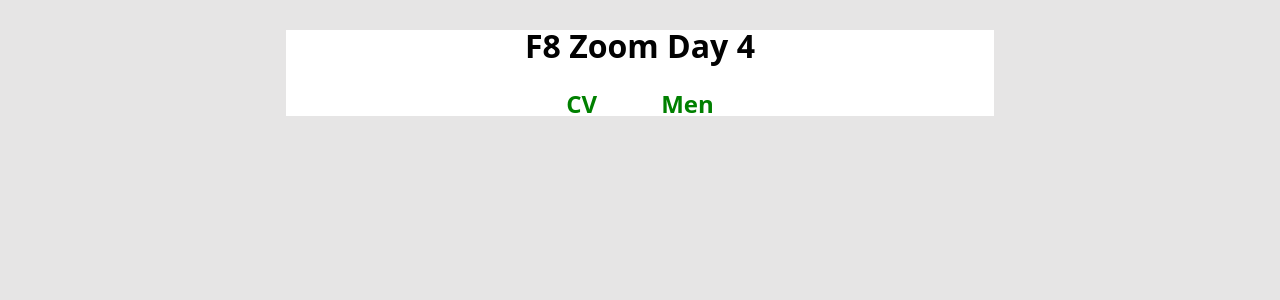
Repository: lannguyen1301/f8-zoom-day-4
Page: index.html
An editor plug-in stored every save of this project. The page is shown before and after a run of saves, followed by the edit.
The browser window is 1280 px wide. The pictures show the whole page.

Above is the page before, as saved 2025-04-17 22:22:41.

After the next 2 saves:
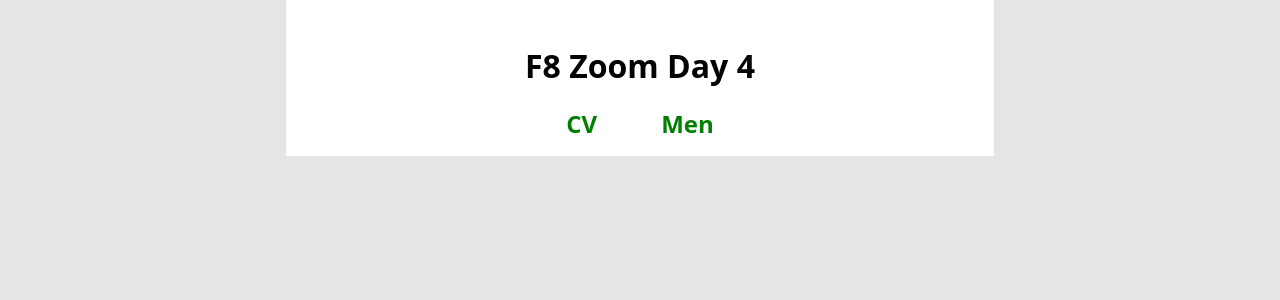
The 2 saves are shown as one change because they came seconds apart.
The last was saved 64 s later.
--- a/assets/css/style.css
+++ b/assets/css/style.css
@@ -17,7 +17,7 @@ a {
 .content {
     max-width: 708px;
     margin: inherit;
-    padding: 0 52px;
+    padding: 20px 52px;
     background-color: #fff;
 }
 
